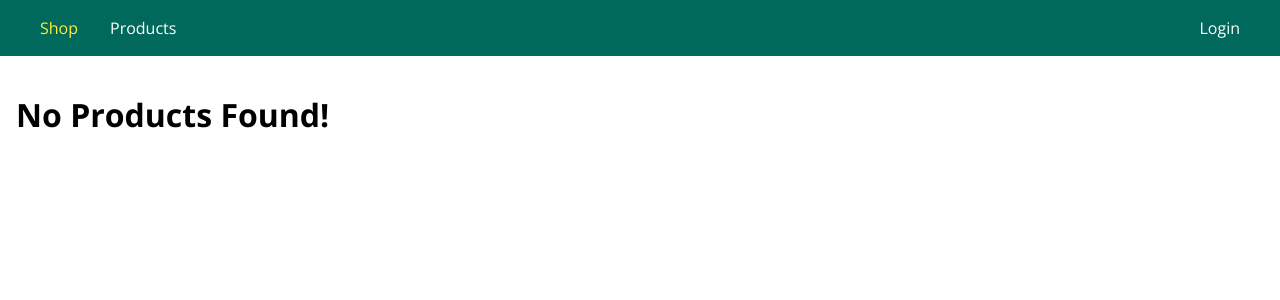
Repository: petref/RASPCODES
Page: http://localhost/
An editor plug-in stored every save of this project. The page is shown before and after the next save, followed by the edit.
The browser window is 1280 px wide. The pictures show the whole page.
The page is served by the project's Node server (app.js). Queries for data that is not in the repository find no rows.

Above is the page before, as saved 2020-01-15 01:02:25.

After the next save:
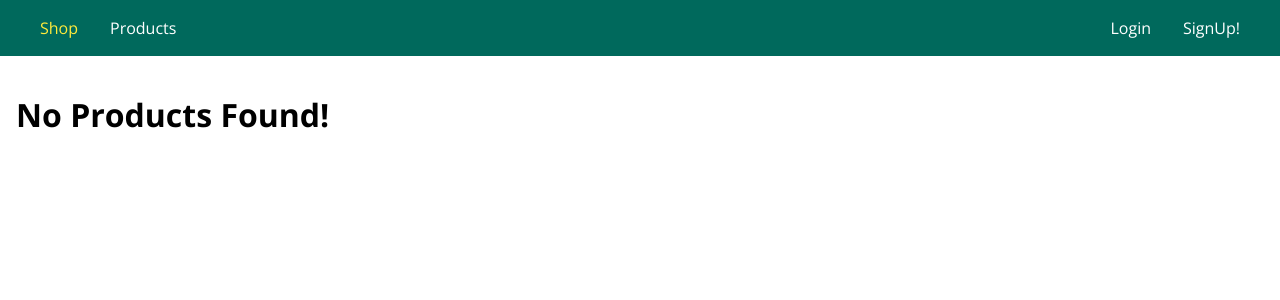
Saved 52 s later.
--- a/shopNode/views/includes/navigation.ejs
+++ b/shopNode/views/includes/navigation.ejs
@@ -30,6 +30,9 @@
             <% if (!isAuthenticated) { %>
                 <li class="main-header__item">
                     <a class="<%= path === '/login' ? 'active' : '' %>" href="/login">Login</a>
+                </li>
+                <li class="main-header__item">
+                    <a class="<%= path === '/signup' ? 'active' : '' %>" href="/login">SignUp!</a>
                 </li>
                 <% } else { %>
                     <li class="main-header__item">
